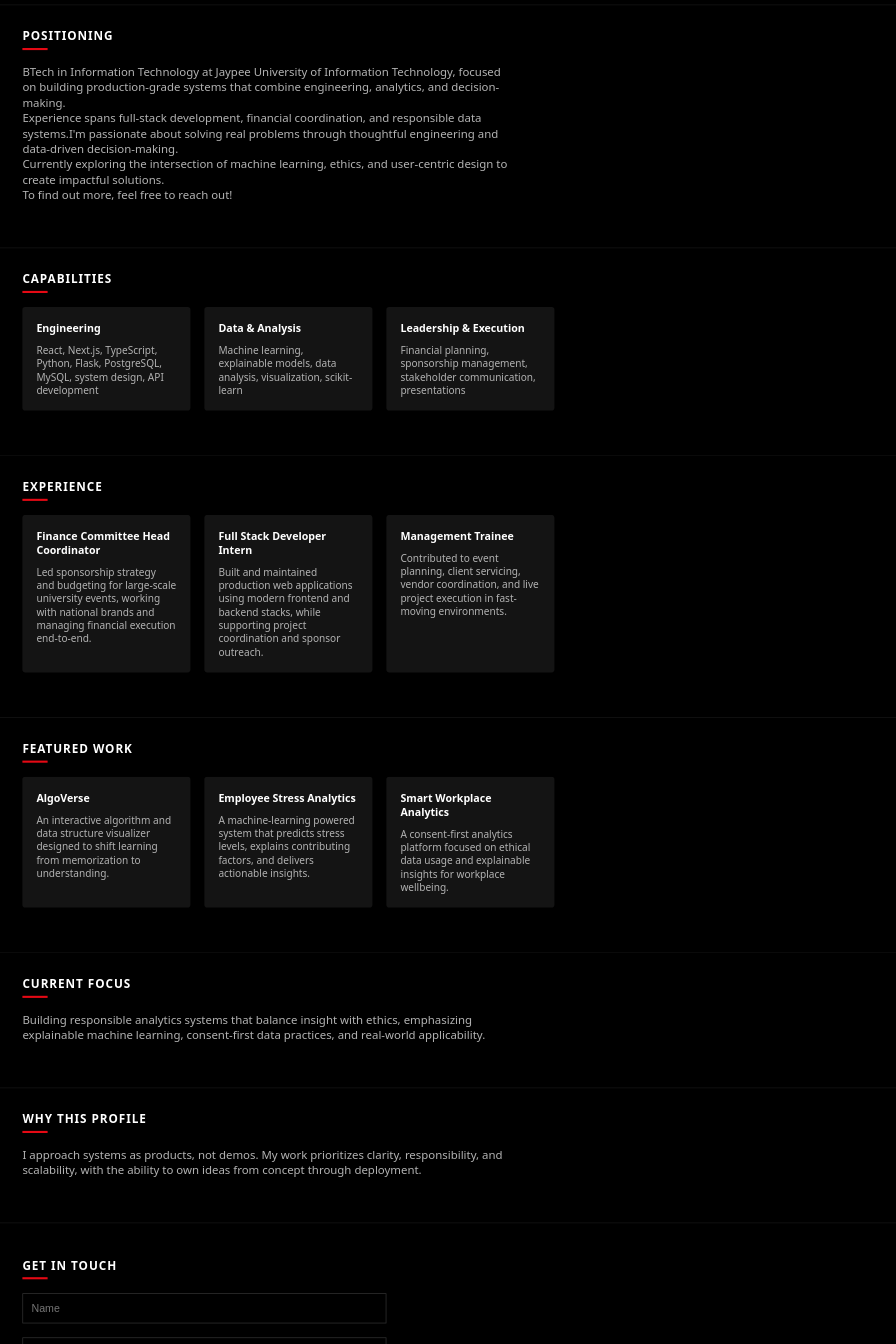
Repository: PratapOP/main-portfolio
Page: / (app in frontend/)
An editor plug-in stored every save of this project. The page is shown before and after a run of saves, followed by the edit.
The browser window is 1280 px wide. The pictures show the part of the page from y = 642 to 2562 px (the page is 2866 px tall before and 2888 px after), at 70% of full size.
The project was rebuilt for these pictures with package versions that can differ from the ones it lists, and the page was loaded fresh each time. Also part of the build but not shown: frontend/vite.config.js.

Above is the page before, as saved 2026-01-01 18:53:35.

### frontend/index.html
<!DOCTYPE html>
<html lang="en">
  <head>
    <meta charset="UTF-8" />

    <!-- Viewport for responsive layout -->
    <meta name="viewport" content="width=device-width, initial-scale=1.0" />

    <!--
      Title intentionally minimal and authoritative.
      This is the first identity signal recruiters see.
    -->
    <title>Abhiuday Pratap Singh</title>

    <!--
      Force dark background before React loads
      Prevents white flash and preserves cinematic feel
    -->
    <style>
      html,
      body {
        margin: 0;
        padding: 0;
        background-color: #0b0b0b;
      }
    </style>
  </head>

  <body>
    <!-- React mounts here -->
    <div id="root"></div>

    <!-- React entry point -->
    <script type="module" src="/src/main.jsx"></script>
  </body>
</html>

### frontend/src/App.jsx
import React, { useEffect } from "react";
import "./styles.css";
import {
  HeroSection,
  AboutSection,
  SkillsSection,
  ExperienceSection,
  ProjectsSection,
  TrendingSection,
  WhyHireMeSection,
  ContactSection
} from "./sections";

function App() {
  useEffect(() => {
    document.documentElement.style.scrollBehavior = "smooth";
  }, []);

  return (
    <div className="app-root">
      <HeroSection />
      <AboutSection />
      <SkillsSection />
      <ExperienceSection />
      <ProjectsSection />
      <TrendingSection />
      <WhyHireMeSection />
      <ContactSection />
    </div>
  );
}

export default App;

### frontend/src/styles.css
    /* ============================================================
    GLOBAL RESET & STREAMING COLOR SYSTEM
    ============================================================ */

    * {
    margin: 0;
    padding: 0;
    box-sizing: border-box;
    }

    :root {
    /* Core streaming palette */
    --bg-primary: #000000;
    --bg-card: #141414;

    --text-primary: #ffffff;
    --text-muted: #b3b3b3;

    --accent: #e50914;

    /* Controlled spacing scale (reduced) */
    --xs: 6px;
    --sm: 12px;
    --md: 20px;
    --lg: 32px;
    --xl: 48px;
    --xxl: 80px;
    }

    html,
    body {
    background-color: var(--bg-primary);
    color: var(--text-primary);
    font-family: system-ui, -apple-system, BlinkMacSystemFont,
        "Segoe UI", Roboto, Helvetica, Arial, sans-serif;

    overflow-x: hidden; /* absolutely no horizontal scroll */
    }

    /* ============================================================
    APP ROOT
    ============================================================ */

    .app-root {
    width: 100%;
    overflow-x: hidden;
    }

    /* ============================================================
    HERO (FEATURED BANNER)
    ============================================================ */

    .hero {
    min-height: 90vh;
    display: flex;
    align-items: center;
    }

    .hero-inner {
    padding-left: var(--lg);
    padding-right: var(--lg);
    max-width: 820px;
    }

    .hero-title {
    font-size: clamp(3rem, 5vw, 4.6rem);
    font-weight: 800;
    letter-spacing: -0.03em;
    margin-bottom: var(--sm);
    }

    .hero-subtitle {
    font-size: 1.05rem;
    color: var(--text-muted);
    max-width: 560px;
    }

    /* ============================================================
    SECTION STRUCTURE (FIXED SPACING)
    ============================================================ */

    .section {
    padding: var(--lg) 0;
    }

    .section-inner {
    padding-left: var(--lg);
    padding-right: var(--lg);
    }

    /* Mobile safety — prevent edge sticking */
    @media (max-width: 768px) {
    .section-inner,
    .hero-inner {
        padding-left: var(--md);
        padding-right: var(--md);
    }
    }

    /* ============================================================
    SECTION TITLES (STREAMING STYLE)
    ============================================================ */

    .section-title {
    font-size: 1.05rem;
    font-weight: 600;
    letter-spacing: 0.08em;
    text-transform: uppercase;

    color: var(--text-primary);
    margin-bottom: var(--md);
    position: relative;
    }

    .section-title::after {
    content: "";
    display: block;
    width: 36px;
    height: 3px;
    background-color: var(--accent);
    margin-top: var(--xs);
    }

    /* ============================================================
    TEXT BLOCKS
    ============================================================ */

    .section-text {
    max-width: 700px;
    font-size: 1.02rem;
    color: var(--text-muted);
    margin-bottom: var(--lg);
    }

    /* ============================================================
    STREAMING ROWS (HORIZONTAL)
    ============================================================ */

    .row {
    display: flex;
    gap: var(--md);
    overflow-x: auto;

    padding-left: var(--lg);
    padding-right: var(--lg);
    padding-bottom: var(--lg);

    scroll-snap-type: x mandatory;
    overscroll-behavior-x: contain;
    }

    .row::-webkit-scrollbar {
    display: none;
    }

    /* ============================================================
    CARDS (CONTENT TILES)
    ============================================================ */

    .card {
    background-color: var(--bg-card);
    min-width: 240px;
    max-width: 240px;

    padding: var(--md);
    border-radius: 4px;

    scroll-snap-align: start;

    transition:
        transform 0.25s ease,
        box-shadow 0.25s ease;
    }

    .card h3 {
    font-size: 0.95rem;
    font-weight: 600;
    margin-bottom: var(--sm);
    }

    .card p {
    font-size: 0.9rem;
    color: var(--text-muted);
    }

    /* Hover — sharp, not floaty */
    .card:hover {
    transform: scale(1.06);
    box-shadow: 0 16px 32px rgba(0, 0, 0, 0.7);
    z-index: 2;
    }

    /* ============================================================
    CONTACT SECTION
    ============================================================ */

    .contact {
    padding-top: var(--xl);
    padding-bottom: var(--xxl);
    }

    .contact-form {
    max-width: 520px;
    display: flex;
    flex-direction: column;
    gap: var(--md);
    }

    .contact-form input,
    .contact-form textarea {
    background-color: #000000;
    border: 1px solid #333333;
    color: var(--text-primary);

    padding: var(--sm);
    font-size: 0.95rem;
    }

    .contact-form input:focus,
    .contact-form textarea:focus {
    outline: none;
    border-color: var(--accent);
    }

    .contact-form button {
    margin-top: var(--sm);
    background-color: var(--accent);
    color: #ffffff;

    border: none;
    padding: var(--sm);
    font-size: 0.95rem;
    cursor: pointer;

    transition: opacity 0.2s ease;
    }

    .contact-form button:hover {
    opacity: 0.85;
    }

    /* ============================================================
    FINAL SECTION SEPARATION (SUBTLE)
    ============================================================ */

    .section:not(:first-of-type) {
    border-top: 1px solid rgba(255, 255, 255, 0.08);
    }

### frontend/src/sections.jsx
    /**
     * ============================================================
     * sections.jsx — Sections with Titles & Hierarchy
     * ============================================================
     */

    import React from "react";
    import { motion } from "framer-motion";
    import {
    sectionFade,
    staggerContainer,
    cardFade
    } from "./motion";

    /* ============================================================
    FEATURED
    ============================================================ */

    export function HeroSection() {
    return (
        <motion.section
        className="section hero"
        variants={sectionFade}
        initial="hidden"
        animate="visible"
        >
        <div className="hero-inner">
            <h1 className="hero-title">Abhiuday Pratap Singh</h1>
            <p className="hero-subtitle">
            Think System, Not People.
            <br />
            </p>
        </div>
        </motion.section>
    );
    }

    /* ============================================================
    POSITIONING
    ============================================================ */

    export function AboutSection() {
    return (
        <motion.section
        className="section"
        variants={sectionFade}
        initial="hidden"
        whileInView="visible"
        viewport={{ once: true }}
        >
        <div className="section-inner">
            <h2 className="section-title">Positioning</h2>
            <p className="section-text">
            BTech in Information Technology at Jaypee University
            of Information Technology, focused on building production-grade
            systems that combine engineering, analytics, and decision-making.
            <br/>
            Experience spans full-stack development, financial coordination,
            and responsible data systems.I'm passionate about solving real problems through thoughtful engineering and data-driven decision-making.
            <br/>
            Currently exploring the intersection of machine learning, ethics, and user-centric design to create impactful solutions.

            <br/>
            To find out more, feel free to reach out!
            </p>
        </div>
        </motion.section>
    );
    }

    /* ============================================================
    CAPABILITIES
    ============================================================ */

    export function SkillsSection() {
    const skills = [
        {
        title: "Engineering",
        text:
            "React, Next.js, TypeScript, Python, Flask, PostgreSQL, MySQL, system design, API development"
        },
        {
        title: "Data & Analysis",
        text:
            "Machine learning, explainable models, data analysis, visualization, scikit-learn"
        },
        {
        title: "Leadership & Execution",
        text:
            "Financial planning, sponsorship management, stakeholder communication, presentations"
        }
    ];

    return (
        <motion.section
        className="section"
        variants={sectionFade}
        initial="hidden"
        whileInView="visible"
        viewport={{ once: true }}
        >
        <div className="section-inner">
            <h2 className="section-title">Capabilities</h2>
        </div>

        <motion.div
            className="row"
            variants={staggerContainer}
            initial="hidden"
            whileInView="visible"
            viewport={{ once: true }}
        >
            {skills.map((item, index) => (
            <motion.div className="card" variants={cardFade} key={index}>
                <h3>{item.title}</h3>
                <p>{item.text}</p>
            </motion.div>
            ))}
        </motion.div>
        </motion.section>
    );
    }

    /* ============================================================
    EXPERIENCE
    ============================================================ */

    export function ExperienceSection() {
    const roles = [
        {
        title: "Finance Committee Head Coordinator",
        text:
            "Led sponsorship strategy and budgeting for large-scale university events, working with national brands and managing financial execution end-to-end."
        },
        {
        title: "Full Stack Developer Intern",
        text:
            "Built and maintained production web applications using modern frontend and backend stacks, while supporting project coordination and sponsor outreach."
        },
        {
        title: "Management Trainee",
        text:
            "Contributed to event planning, client servicing, vendor coordination, and live project execution in fast-moving environments."
        }
    ];

    return (
        <motion.section
        className="section"
        variants={sectionFade}
        initial="hidden"
        whileInView="visible"
        viewport={{ once: true }}
        >
        <div className="section-inner">
            <h2 className="section-title">Experience</h2>
        </div>

        <motion.div
            className="row"
            variants={staggerContainer}
            initial="hidden"
            whileInView="visible"
            viewport={{ once: true }}
        >
            {roles.map((item, index) => (
            <motion.div className="card" variants={cardFade} key={index}>
                <h3>{item.title}</h3>
                <p>{item.text}</p>
            </motion.div>
            ))}
        </motion.div>
        </motion.section>
    );
    }

    /* ============================================================
    PROJECTS
    ============================================================ */

    export function ProjectsSection() {
    const projects = [
        {
        title: "AlgoVerse",
        text:
            "An interactive algorithm and data structure visualizer designed to shift learning from memorization to understanding."
        },
        {
        title: "Employee Stress Analytics",
        text:
            "A machine-learning powered system that predicts stress levels, explains contributing factors, and delivers actionable insights."
        },
        {
        title: "Smart Workplace Analytics",
        text:
            "A consent-first analytics platform focused on ethical data usage and explainable insights for workplace wellbeing."
        }
    ];

    return (
        <motion.section
        className="section"
        variants={sectionFade}
        initial="hidden"
        whileInView="visible"
        viewport={{ once: true }}
        >
        <div className="section-inner">
            <h2 className="section-title">Featured Work</h2>
        </div>

        <motion.div
            className="row"
            variants={staggerContainer}
            initial="hidden"
            whileInView="visible"
            viewport={{ once: true }}
        >
            {projects.map((item, index) => (
            <motion.div className="card" variants={cardFade} key={index}>
                <h3>{item.title}</h3>
                <p>{item.text}</p>
            </motion.div>
            ))}
        </motion.div>
        </motion.section>
    );
    }

    /* ============================================================
    CURRENT FOCUS
    ============================================================ */

    export function TrendingSection() {
    return (
        <motion.section
        className="section"
        variants={sectionFade}
        initial="hidden"
        whileInView="visible"
        viewport={{ once: true }}
        >
        <div className="section-inner">
            <h2 className="section-title">Current Focus</h2>
            <p className="section-text">
            Building responsible analytics systems that balance insight with ethics,
            emphasizing explainable machine learning, consent-first data practices,
            and real-world applicability.
            </p>
        </div>
        </motion.section>
    );
    }

    /* ============================================================
    WHY THIS PROFILE
    ============================================================ */

    export function WhyHireMeSection() {
    return (
        <motion.section
        className="section"
        variants={sectionFade}
        initial="hidden"
        whileInView="visible"
        viewport={{ once: true }}
        >
        <div className="section-inner">
            <h2 className="section-title">Why This Profile</h2>
            <p className="section-text">
            I approach systems as products, not demos. My work prioritizes clarity,
            responsibility, and scalability, with the ability to own ideas from
            concept through deployment.
            </p>
        </div>
        </motion.section>
    );
    }

    /* ============================================================
    CONTACT
    ============================================================ */

    export function ContactSection() {
    return (
        <motion.section
        className="section contact"
        variants={sectionFade}
        initial="hidden"
        whileInView="visible"
        viewport={{ once: true }}
        >
        <div className="section-inner">
            <h2 className="section-title">Get in Touch</h2>
            <form className="contact-form">
            <input type="text" placeholder="Name" />
            <input type="email" placeholder="Email" />
            <textarea placeholder="Message" rows="4" />
            <button type="submit">Send</button>
            </form>
        </div>
        </motion.section>
    );
    }

### frontend/src/motion.js
    /**
     * ============================================================
     * motion.js — Centralized Motion Presets
     * ============================================================
     *
     * Responsibilities:
     * - Define reusable animation variants
     * - Keep motion subtle, slow, and cinematic
     * - Avoid per-component animation duplication
     *
     * Framer Motion is used intentionally and sparingly.
     * ============================================================
     */

    /* ============================================================
    Section Fade-In (used when section enters viewport)
    ============================================================ */

    export const sectionFade = {
    hidden: {
        opacity: 0,
        y: 40
    },
    visible: {
        opacity: 1,
        y: 0,
        transition: {
        duration: 0.8,
        ease: [0.22, 1, 0.36, 1] // smooth, cinematic easing
        }
    }
    };

    /* ============================================================
    Card Stagger Container
    ============================================================ */

    export const staggerContainer = {
    hidden: {},
    visible: {
        transition: {
        staggerChildren: 0.12
        }
    }
    };

    /* ============================================================
    Individual Card Animation
    ============================================================ */

    export const cardFade = {
    hidden: {
        opacity: 0,
        y: 20
    },
    visible: {
        opacity: 1,
        y: 0,
        transition: {
        duration: 0.6,
        ease: [0.22, 1, 0.36, 1]
        }
    }
    };

Loaded but not shown: frontend/src/main.jsx (common file)

After the next 3 saves:
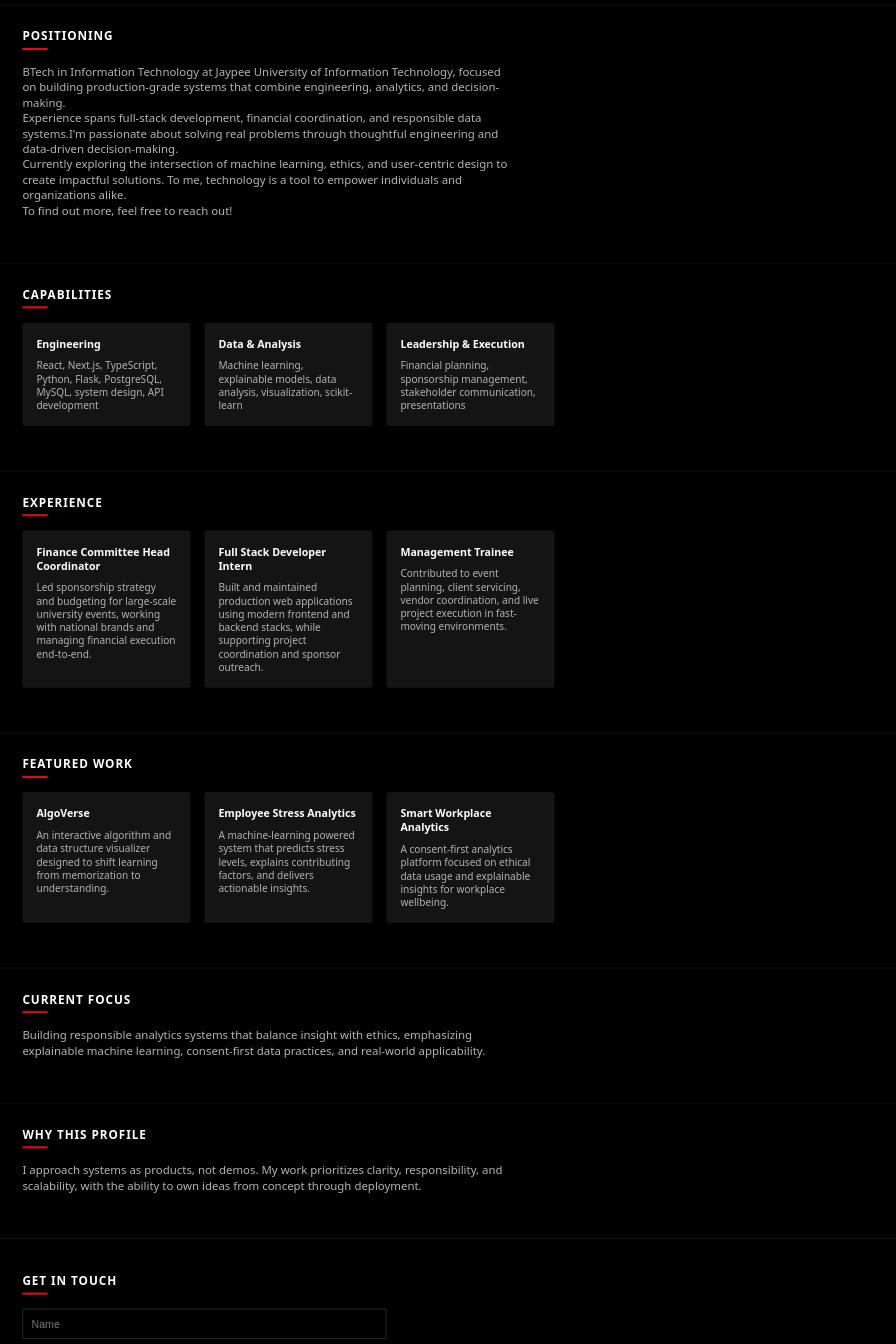
The 3 saves are shown as one change because they came seconds apart.
The last was saved 10 s later.
--- a/frontend/src/sections.jsx
+++ b/frontend/src/sections.jsx
@@ -59,6 +59,7 @@
             and responsible data systems.I'm passionate about solving real problems through thoughtful engineering and data-driven decision-making.
             <br/>
             Currently exploring the intersection of machine learning, ethics, and user-centric design to create impactful solutions.
+            To me, technology is a tool to empower individuals and organizations alike.
 
             <br/>
             To find out more, feel free to reach out!
